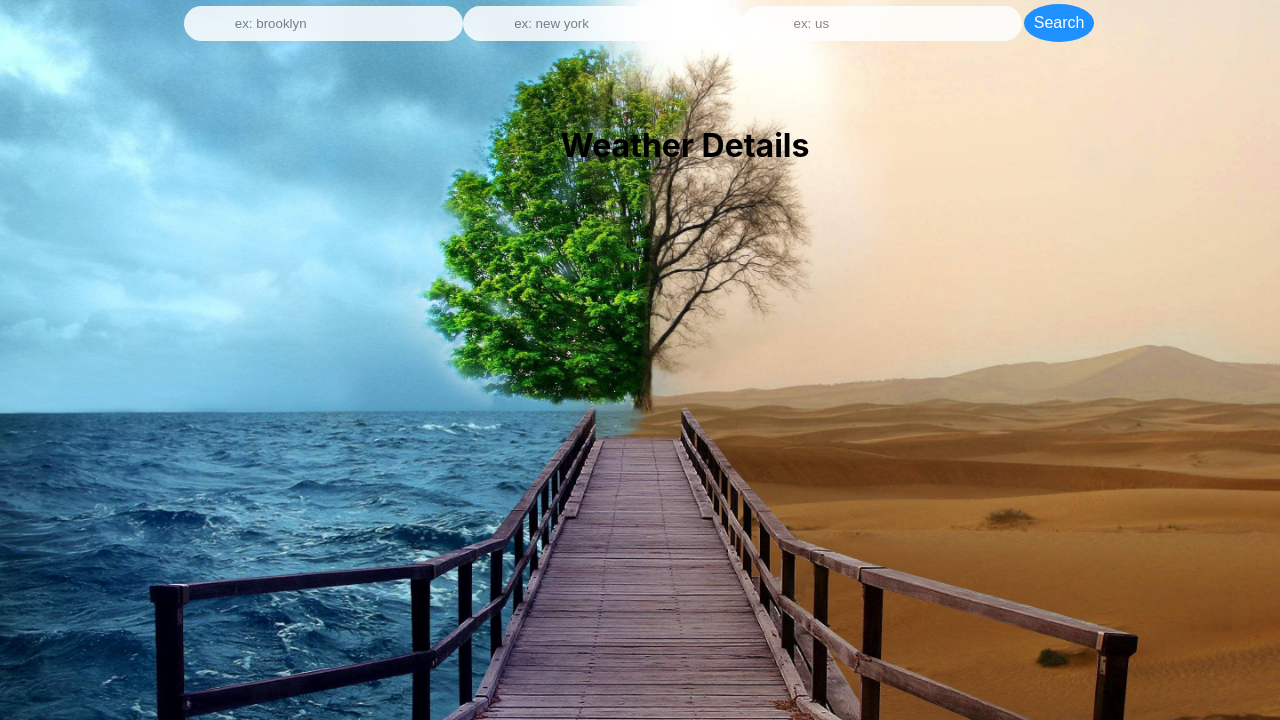
Repository: Mohsin231/Weather_App
Page: /
These files come from the project's save history. The page is drawn as it stood at one moment and after the next save; the edit follows.
The browser window is 1280 px wide. The pictures show the whole page.
The project was rebuilt for these pictures with package versions that can differ from the ones it lists, and the page was loaded fresh each time.

Above is the page before, as saved 2021-01-25 04:44:48.

### src/App.js
import React, { useState } from 'react'
import Weather from './Components/Weather'
import WeatherDetails from './Components/WeatherDetails'
import SearchForm from './Components/SearchForm'
import { Route } from 'react-router-dom';
import './App.css';

function App() {

  const [data, setData] = useState({
    city:"",
    state:"",
    country:""
  })

  //weather.js data
  const [weatherData, setWeatherData] = useState(null);
  //weatherDetails data
  const [weatherDetails, setWeatherDetails] = useState(null);

  //displays weather.js data
  function handleChange(event) {
    setData({...data, [event.target.id]:event.target.value})
    console.log(data)
    }

  return (
    <>
    <div className="App">
      <SearchForm
      handleChange={handleChange}
      data={data}
      setData={setData}
      setWeatherData={setWeatherData}
      setWeatherDetails={setWeatherDetails}
      />

<Route path="/" exact component={() => <Weather data={data} setData={setData} weatherData={weatherData}  />} />
<Route path="/" exact component={() => <WeatherDetails data={data} setData={setData} weatherDetails={weatherDetails} />} />

    </div>
    </>

  );
}

export default App;

### src/Components/Weather.js
import React, { useState } from "react";
import WeatherDetails from "../Components/WeatherDetails";
import '../Weather.css';

const Weather = ({ data, setData, weatherData }) => {
  const [action, setAction] = useState("");

  return (
      <div className="main">

        {weatherData &&
        (
          <div className="city-container">

            <div className="city">
            <h2 className="city-name">
              <span>{weatherData.name}, {weatherData.sys.country}</span>
            </h2>

            <div className="city-temp">
              {Math.round(weatherData.main.temp)}
              <sup>&deg;F</sup>
            </div>

            <div className="icon">
              <img className="city-icon" src={`https://openweathermap.org/img/wn/${weatherData.weather[0].icon}@2x.png`} alt={weatherData.weather[0].description} />
              <p>{weatherData.weather[0].description}</p>
            </div>
            </div>

            <button onClick = {() => {setAction("moreDetails")}} id="moreDetails">Show more details...</button>
            </div>

)
}
      {
        action === "moreDetails"
        &&
        <WeatherDetails/>
      }
      </div>

    );
}

export default Weather;




// {weatherData && (
//   <div className="city"
//   <h2 className="city">
//     <span>{weatherData.name}, {weatherData.sys.country}</span>
//   </h2>

// <div className="city-temp">
//   {Math.round(weatherData.main.temp)}
//   <sup>&deg;F</sup>
// </div>

// <div className="city-icon">
// <img className="weather-icon" src={`http://openweathermap.org/img/wn/${weatherData.weather[0].icon}@2x.png`} alt={weatherData.weather[0].description} />
// <p>{weatherData.weather[0].description}</p>
// </div>

// </div>

// )}

// </div>
// </>

### src/Components/WeatherDetails.js
import React from "react";
import '../WeatherDetails.css';

//displays details of weather
const WeatherDetails = ({data, setData, weatherDetails }) => {

  return (
    <div className="main">
      <h1>Weather Details</h1>

      {weatherDetails &&
      (
        <div className="moreInfo">
          <h2>Feels Like: {weatherDetails.main.feels_like}</h2>
          <h2>Min: {weatherDetails.main.temp_min}, Max:{weatherDetails.main.temp_max}</h2>
          <h2>Humidity: {weatherDetails.main.humidity}</h2>
          <h2>Wind Speed: {weatherDetails.wind.speed}</h2>
          </div>

)
}

    </div>

  );
}

export default WeatherDetails;

### src/Components/SearchForm.js
import React, {useEffect} from 'react';
import '../SearchForm.css';
//search


  // Destructure props object
  function SearchForm({handleChange, data, setData, setWeatherData, setWeatherDetails }) {


    const getData = () => {

      let url = `http://api.openweathermap.org/data/2.5/weather?q=${data.city},${data.state},${data.country}&units=imperial&appid=${process.env.REACT_APP_ONEDAY}`

    fetch(url)
      .then(res => res.json())
      .then(res => {
        console.log(res)
        setWeatherData(res);
        setWeatherDetails(res)
      })
      .catch(err => {
        console.error(err);
      });}

  function handleSubmit(event) {
    event.preventDefault();
    getData();
  }

    return (
      <form onSubmit={handleSubmit} className="searchForm">
        <input
          className="search"
          id="city"
          placeholder="ex: brooklyn"
          type="text"
          name="searchString"
          required
          onChange={handleChange}
          value={data.city}
        />
        <input
        className="search"
          id="state"
          placeholder="ex: new york"
          type="text"
          name="searchString"
          required
          onChange={handleChange}
          value={data.state}
        />
        <input
        className="search"
          id="country"
          placeholder="ex: us"
          type="text"
          name="searchString"
          required
          onChange={handleChange}
          value={data.country}
        />
        <button className="button">Search</button>
      </form>
    );
  }
  export default SearchForm;

### src/App.css
.App {
  text-align: center;

}

body {
  background: url("./images/weatherBackground.jpg");
  background-size: cover;
  background-repeat: no-repeat;
}

### src/Weather.css
.main {
    height: 100%;
    display: flex;
    justify-content: center;
    align-items: center;
    flex-direction: column;
    padding-left: 90px;
  }

.city {
    padding: 50px;
    border-radius: 25px;
    background: rgba(235, 230, 230, 0.85);
}

#moreDetails {
    margin-top: 100px;
    background-color: dodgerblue;
    border: none;
    color: white;
    padding: 10px;
    text-align: center;
    text-decoration: none;
    display: inline-block;
    font-size: 16px;
    margin: 4px 2px;

}

### src/WeatherDetails.css
.more-info {
    padding: 40px, 40px, 60px, 60px;
    border-radius: 25px;
    background: rgba(235, 230, 230, 0.85);

}
.main {
    height: 100%;
    display: flex;
    justify-content: center;
    align-items: center;
    flex-direction: column;
  }

### src/SearchForm.css
.search {
    outline: none;
    padding: 10px 4%;
    border-radius: 20px;
    border: none;
    margin-bottom: 5%;
    opacity: 0.85;

}
.button {
    background-color: dodgerblue;
    border: none;
    color: white;
    padding: 10px;
    text-align: center;
    text-decoration: none;
    display: inline-block;
    font-size: 16px;
    margin: 4px 2px;
    border-radius: 80%;
  }

Loaded but not shown: public/index.html (common file); src/index.js (common file); src/index.css (common file); src/reportWebVitals.js (common file)

After the next save:
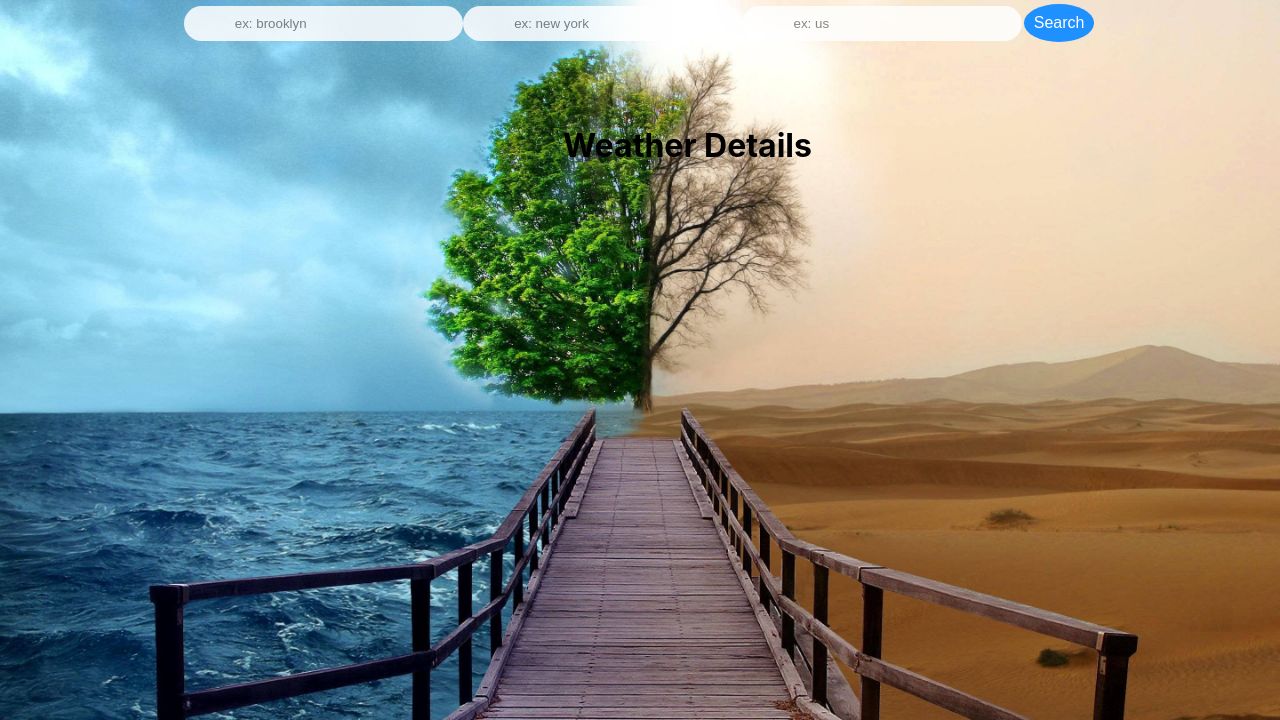
Saved 14 s later.
--- a/src/Weather.css
+++ b/src/Weather.css
@@ -4,7 +4,7 @@
     justify-content: center;
     align-items: center;
     flex-direction: column;
-    padding-left: 90px;
+    padding-left: 95px;
   }
 
 .city {
